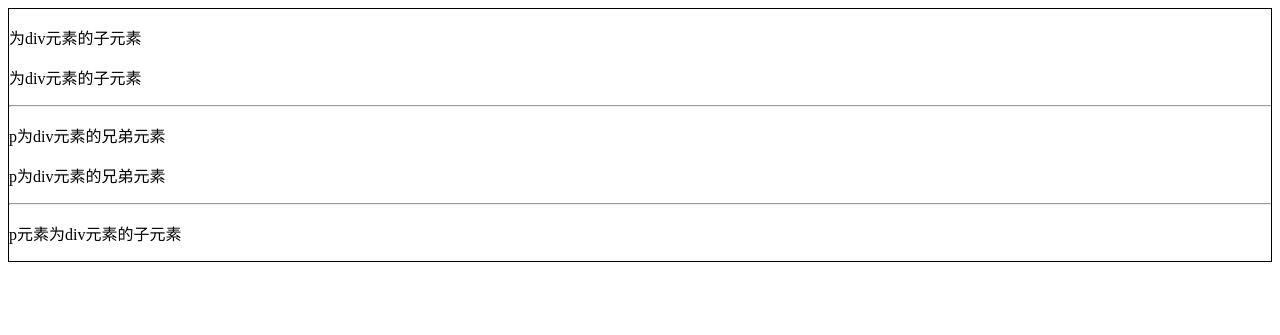
Repository: zdsherlock/HtmlCssLearn
Page: CSS/test-attSelect/index6.html
These files come from the project's save history. The page is drawn as it stood at one moment and after the next save; the edit follows.
The browser window is 1280 px wide. The pictures show the whole page.

Above is the page before, as saved 2021-05-07 20:51:38.

### CSS/test-attSelect/index6.html
<!DOCTYPE html>
<html lang="en">
<head>
    <meta charset="UTF-8">
    <meta http-equiv="X-UA-Compatible" content="IE=edge">
    <meta name="viewport" content="width=device-width, initial-scale=1.0">
    <title>通用兄弟元素选择器 E-F</title>
    <style>
        .container {
            border: 1px solid black;
        }

    </style>
</head>
<body>
    <div class="container">
        <div>
            <p>为div元素的子元素</p>
            <p>为div元素的子元素</p>
        </div>
        <hr />
        <p>p为div元素的兄弟元素</p>
        <p>p为div元素的兄弟元素</p>
        <hr />
        <p>p元素为div元素的子元素</p>
    </div>
</body>
</html>

After the next save:
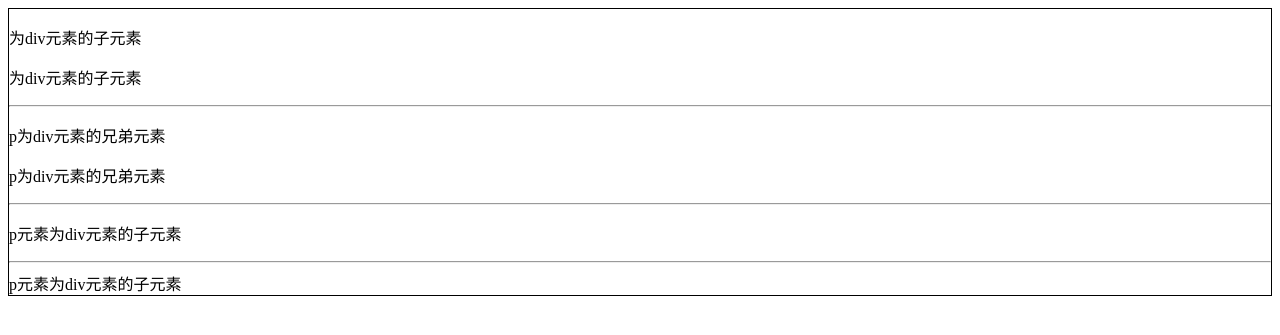
Saved 26 s later.
--- a/CSS/test-attSelect/index6.html
+++ b/CSS/test-attSelect/index6.html
@@ -23,6 +23,8 @@
         <p>p为div元素的兄弟元素</p>
         <hr />
         <p>p元素为div元素的子元素</p>
+        <hr />
+        <div>p元素为div元素的子元素</div>
     </div>
 </body>
 </html>
